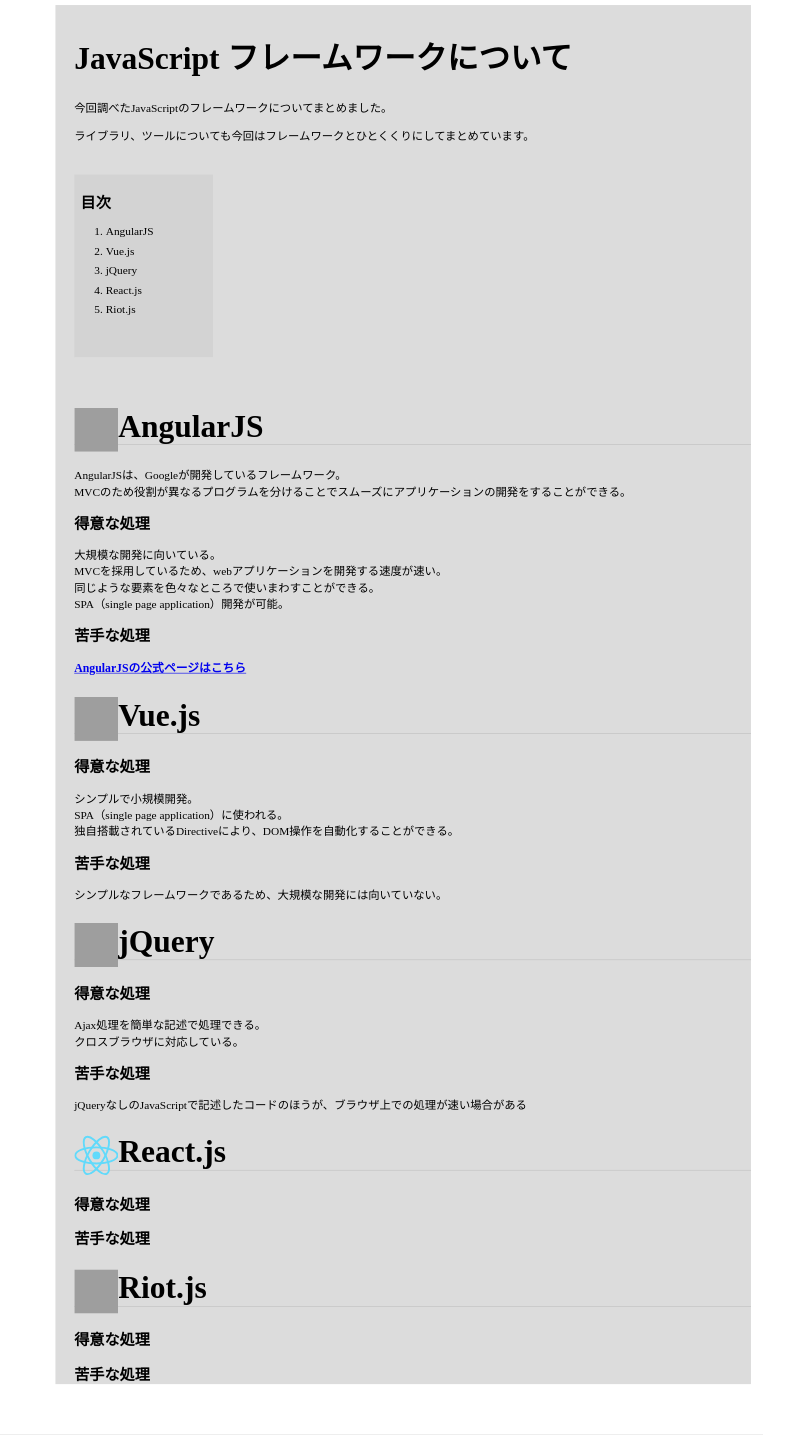
Repository: daichi-python/samurai_HTML_CSS
Page: Framework/index.html
The author's editor kept a record of every edit. The page is drawn from the files as they stood at one moment, then again after the next edit.
The browser window is 1280 px wide. The pictures show the whole page, at 63% of full size.
Pictures or frames that could not be fetched are drawn as grey boxes.

Above is the page before.

### Framework/index.html
<!DOCTYPE html>
<html lang="en">
<head>
    <meta charset="UTF-8">
    <meta name="viewport" content="width=device-width, initial-scale=1.0">
    <meta http-equiv="X-UA-Compatible" content="ie=edge">
    <link rel="stylesheet" href="stylesheet.css" type="text/css" />
    <title>JS Framework</title>
</head>
<body>
    <div class="main">
        <h1>JavaScript フレームワークについて</h1>
        <p>今回調べたJavaScriptのフレームワークについてまとめました。</p>
        <p>ライブラリ、ツールについても今回はフレームワークとひとくくりにしてまとめています。</p>
        <div class="fw-list">
            <h2>目次</h2>
            <ol>
                <li>AngularJS</li>
                <li>Vue.js</li>
                <li>jQuery</li>
                <li>React.js</li>
                <li>Riot.js</li>
            </ol>
        </div>
        <div class="framework">
            <div class="fw angular">
                <img src="https://angular.io/assets/images/logos/angular/shield-large.svg"></img>
                <h1>AngularJS</h1>
                <div class="detail">
                    <p>AngularJSは、Googleが開発しているフレームワーク。<br>
                    MVCのため役割が異なるプログラムを分けることでスムーズにアプリケーションの開発をすることができる。
                    </p>
                    <h2>得意な処理</h2>
                    <p>
                        大規模な開発に向いている。<br>
                        MVCを採用しているため、webアプリケーションを開発する速度が速い。<br>
                        同じような要素を色々なところで使いまわすことができる。<br>
                        SPA（single page application）開発が可能。
                    </p>
                    <h2>苦手な処理</h2>
                    <p
                        UIの描画速度が低下しやすいため、速度重視のアプリケーションは不向き。
                    </p>
                    <h3><a href="https://angular.jp/">AngularJSの公式ページはこちら<br></a></h3>
                </div>
            </div>
            <div class="fw vue">
                <img src="https://jp.vuejs.org/images/logo.svg"></img>
                <h1>Vue.js</h1>
                <div class="detail">
                    <h2>得意な処理</h2>
                    <p>
                        シンプルで小規模開発。<br>
                        SPA（single page application）に使われる。<br>
                        独自搭載されているDirectiveにより、DOM操作を自動化することができる。
                    </p>
                    <h2>苦手な処理</h2>
                    <p>
                        シンプルなフレームワークであるため、大規模な開発には向いていない。
                    </p>
                </div>
            </div>
            <div class="fw jquery">
                <img src="https://pluspng.com/img-png/jquery-logo-png-jquery-logo-png-transparent-background-png-img-transparent-860x868.png"></img>
                <h1>jQuery</h1>
                <div class="detail">
                    <h2>得意な処理</h2>
                    <p>
                        Ajax処理を簡単な記述で処理できる。<br>
                        クロスブラウザに対応している。
                    </p>
                    <h2>苦手な処理</h2>
                    <p>jQueryなしのJavaScriptで記述したコードのほうが、ブラウザ上での処理が速い場合がある</p>
                </div>
            </div>
            <div class="fw react">
                <img src="data:[embedded picture, 514 characters]"></img>
                <h1>React.js</h1>
                <div class="detail">
                    <h2>得意な処理</h2>
                    <h2>苦手な処理</h2>
                </div>
            </div>
            <div class="fw riot">
                <img src="https://riot.js.org/img/logo/square.svg"></img>
                <h1>Riot.js</h1>
                <div class="detail">
                    <h2>得意な処理</h2>
                    <h2>苦手な処理</h2>
                </div>
            </div>
        </div>
    </div>
    <footer>

    </footer>
</body>
</html>

### Framework/stylesheet.css
.main {
    width: 85%;
    margin: 0 auto;
    padding: 10px 0 0 30px;
    background-color: #DCDCDC;
}

.main h1 {
    font-size: 50px;
}

.main p {
    font-size: 18px;
}

.fw-list {
    background-color: #D3D3D3;
    width: 200px;
    height: 280px;
    margin: 50px 0;
    padding: 5px 10px;
}

.fw-list li {
    font-size: 18px;
    padding-bottom: 10px;
}

.framework {
    margin: 80px 0;
}

.fw img {
    width: 70px;
    height: 70px;
    float: left;
}

.fw h1 {
    font-size: 50px;
    border-bottom: 1px solid #C0C0C0;
}

After the next edit:
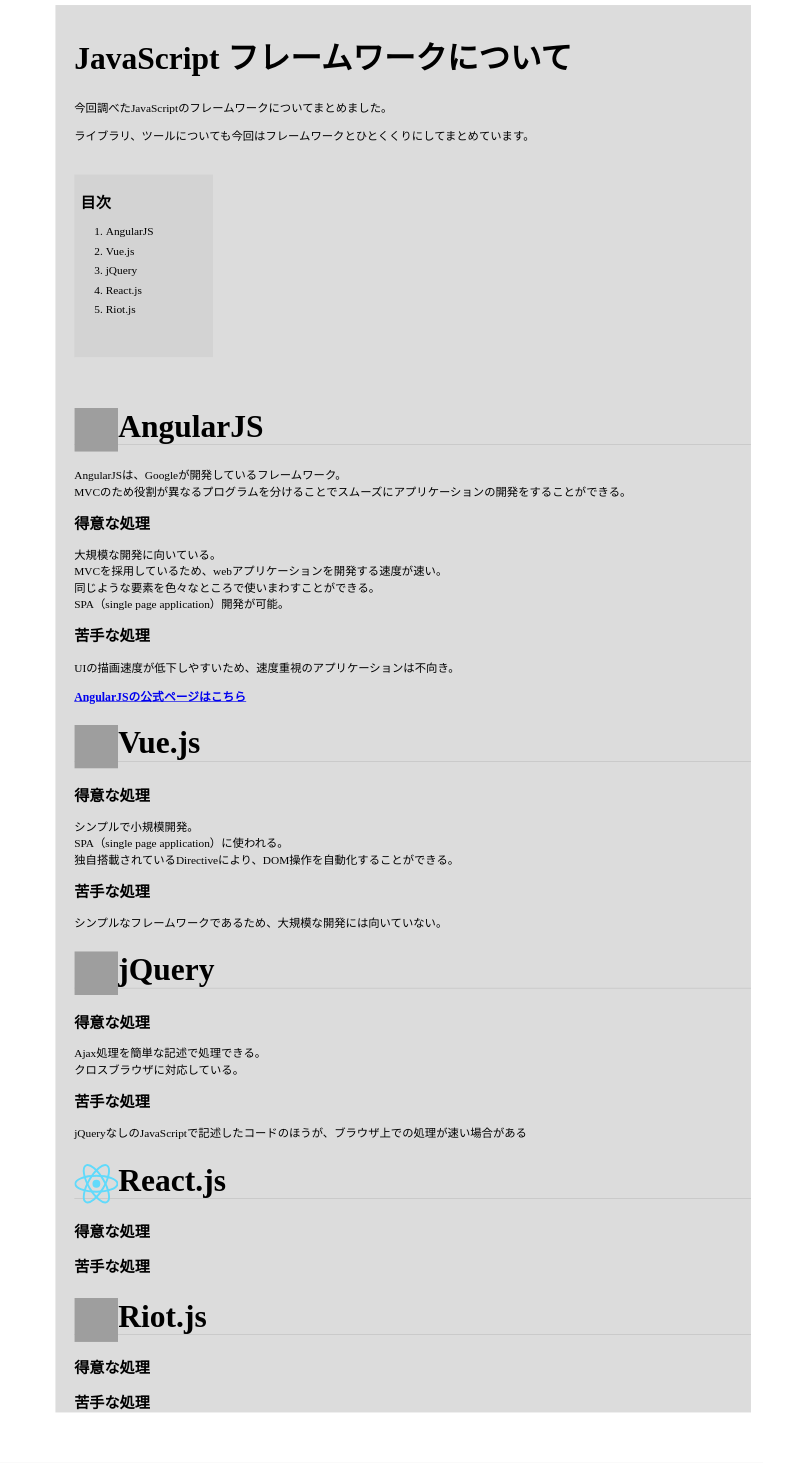
The edit:
--- a/Framework/index.html
+++ b/Framework/index.html
@@ -38,7 +38,7 @@
                         SPA（single page application）開発が可能。
                     </p>
                     <h2>苦手な処理</h2>
-                    <p
+                    <p>
                         UIの描画速度が低下しやすいため、速度重視のアプリケーションは不向き。
                     </p>
                     <h3><a href="https://angular.jp/">AngularJSの公式ページはこちら<br></a></h3>
